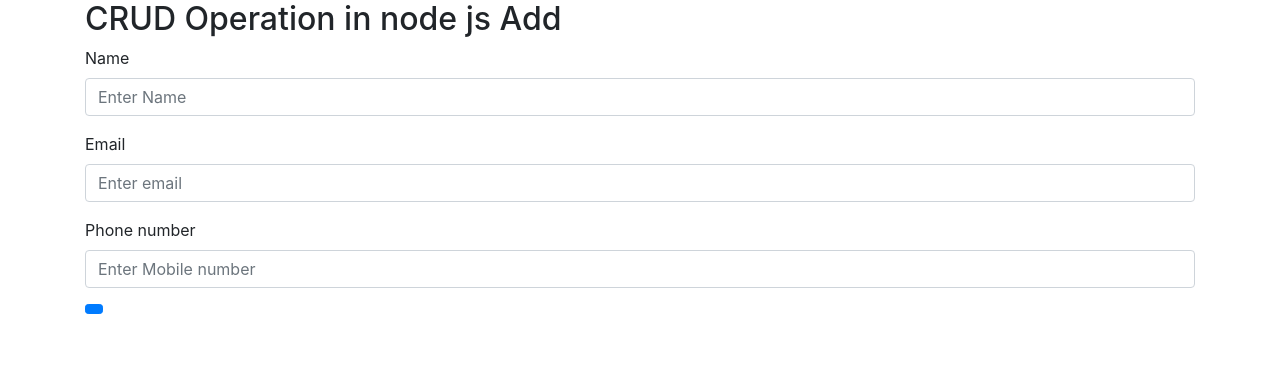
Repository: vijayponnal/crud_nodejs_mysql
Page: http://localhost/add
The author's editor kept a copy of each file at every save. The page is drawn from the files as they stood at one save, then again after a run of saves.
The browser window is 1280 px wide. The pictures show the whole page.
The page is served by the project's Node server (app.js).

Above is the page before, as saved 2020-04-22 19:41:45.
Console error: TypeError: Cannot read properties of undefined (reading 'fn')

After the next 2 saves:
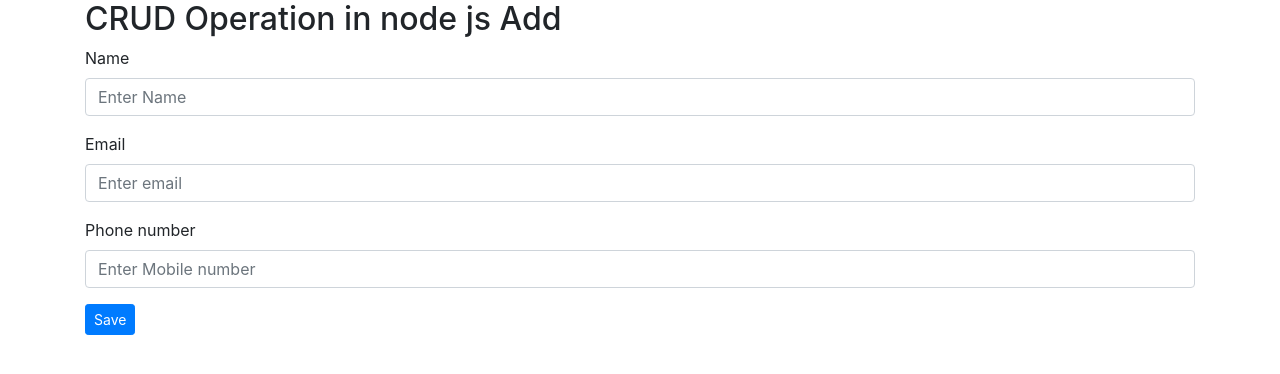
The 2 saves are shown as one change because they came seconds apart.
The last was saved 7 s later.
--- a/views/user_add.ejs
+++ b/views/user_add.ejs
@@ -23,7 +23,7 @@
                 <label for="phone number ">Phone number</label>
                 <input type="text" name = "phone_no" id="phone_no" class="form-control" placeholder="Enter Mobile number">
             </div>
-            <button type="submit" class="btn btn-sm btn-primary"
+            <button type="submit" class="btn btn-sm btn-primary">Save</button>
             </form>
             </div>
     </body>
